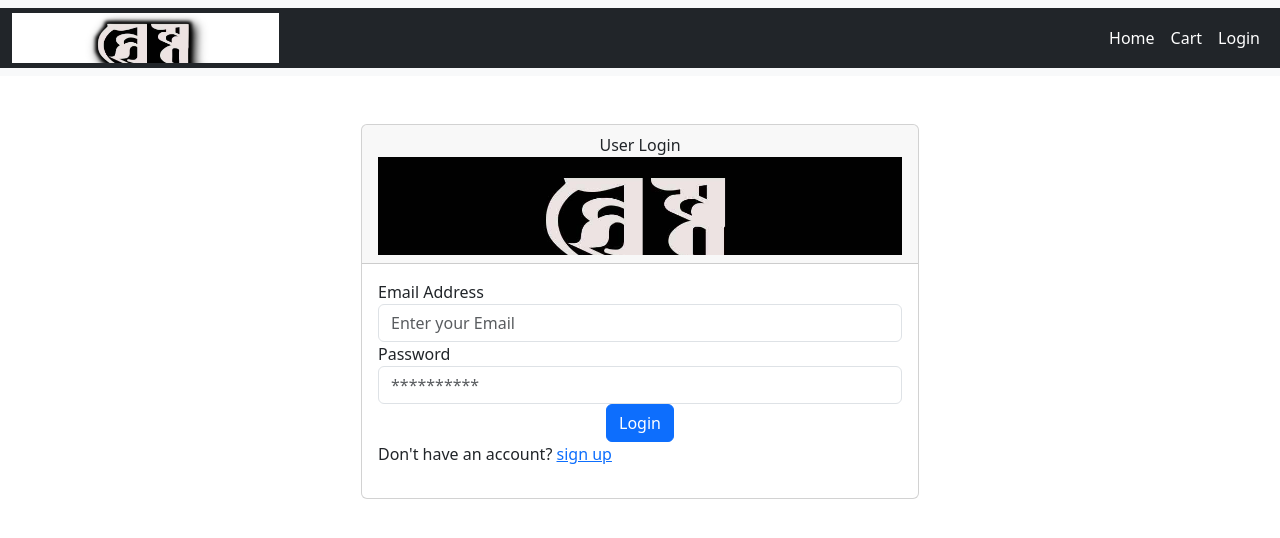
Repository: sagarhomie/Shrestha-Instrument-
Page: http://localhost/Ecommerce/login.jsp
An editor plug-in stored every save of this project. The page is shown before and after the next save, followed by the edit.
The browser window is 1280 px wide. The pictures show the whole page.
The page is served by Tomcat 9. Other server files are loaded and not shown.

Above is the page before, as saved 2024-05-26 15:49:05.

### Ecommerce/WebContent/login.jsp
<%@ page language="java" contentType="text/html; charset=ISO-8859-1"
	pageEncoding="ISO-8859-1"%>
	<%@page import="cn.sagar.*" %>
	<%@page import="java.util.*" %>
	<%@page import="cn.sagar.dao.*" %>
	<%@page import="cn.sagar.connection.dbCon" %>
	<%
User auth=(User) request.getSession().getAttribute("auth");
if(auth!=null){
	request.setAttribute("auth", auth);
	response.sendRedirect("index.jsp");
}
ArrayList<cart> cart_list = (ArrayList<cart>) request.getSession().getAttribute("cart-list");
List<cart> cartProduct = null;
if(cart_list != null){

	request.setAttribute("cart_list",cart_list);
}
%>
<!DOCTYPE html>
<html>
<head>

<title>login</title>
<%@include file="includes/header.jsp"%>
<style>
.img-fluid{
aspect-ratio:16/3;
	object-fit:cover;
	height:5%;
}
</style>
</head>
<body>
<%@include file="includes/navbar.jsp" %>
	<div class="container">
		<div class="card w-50 mx-auto my-5">
			<div class="card-header text-center">User Login<img src="product-images/homelogo.jpg" class="img-fluid" alt="..."></div>
			<div class="card-body">

				<form action="LoginServlet" method="post">
					<div class="form-group">
						<label>Email Address</label> <input type="email"
							class="form-control" name="Login-email"
							placeholder="Enter your Email" required>
					</div>
					<div class="form-group">
						<label>Password</label> <input type="password"
							class="form-control" name="Login-password"
							placeholder="**********" required>
					</div>
					<div class="text-center">
						<button type="submit" class="btn btn-primary">Login</button>
					</div>
				</form>
				<p>Don't have an account? <a href="signup.jsp">sign up</a>
			</div>

		</div>

	</div>
<script>

</script>

</body>
</html>

### Ecommerce/WebContent/includes/header.jsp
<meta charset="ISO-8859-1">
<link href="https://cdn.jsdelivr.net/npm/bootstrap@5.3.3/dist/css/bootstrap.min.css" rel="stylesheet" integrity="sha384-QWTKZyjpPEjISv5WaRU9OFeRpok6YctnYmDr5pNlyT2bRjXh0JMhjY6hW+ALEwIH" crossorigin="anonymous">
<link rel="stylesheet" href="https://cdnjs.cloudflare.com/ajax/libs/font-awesome/6.5.1/css/all.min.css"  />

### Ecommerce/WebContent/includes/navbar.jsp
<%@page import="cn.sagar.User" %>
<%@page import="cn.sagar.dao.UserDao" %>
<%@ page import="cn.sagar.servlet.*" %>
<style>
img{

}
</style>

<nav class="navbar navbar-expand-lg navbar-collapse-sm bg-body-tertiary">
  <div class="container-fluid container-dark text-bg-dark text-white ">
    <a class="navbar-brand text-white" href="index.jsp "><img src="product-images/homelogo(1).jpg" alt="Logo" class="img-fluid" style="max-height: 50px;"></a>
    <button class="navbar-toggler" type="button" data-bs-toggle="collapse" data-bs-target="dark" aria-controls="navbarText" aria-expanded="false" aria-label="Toggle navigation">
      <span class="navbar-toggler-icon"></span>
    </button>
    <div class="navbar navbar-expand-md  text-white"  id="navbarText">
      <ul class="navbar-nav me-auto mb-2 mb-lg-0 display-flex justify-content-end text-white">
        <li class="nav-item">
          <a class="nav-link active text-white" aria-current="page" href="index.jsp">Home</a>
        </li>
        <li class="nav-item text-white">
          <a class="nav-link text-white " href="cart.jsp">Cart<span class="badge badge-danger">${cart_list.size() }</span></a>
        </li>
        <%if(auth!=null){%>
        	<li class="nav-item ">
            <a class="nav-link text-white" href="orders.jsp">Orders</a>
          </li>
          <li class="nav-item nav-text-white">
            <a class="nav-link text-white" href="LogoutServlet">Logout</a>
          </li>
                  	<form class="d-flex" role="search"  action="SearchServlet" method="post">
        <input class="form-control me-2" type="search" placeholder="Search" name="search" aria-label="Search">
        <button class="btn btn-outline-success" type="submit" name="search">Search</button>
      </form>


        	<% }
        	else{%>
        		 <li class="nav-item text-white">
                 <a class="nav-link text-white" href="login.jsp">Login</a>
               </li>
        	<%}%>


      </ul>
      <span class="navbar-text">

      </span>
    </div>
  </div>
</nav>

After the next save:
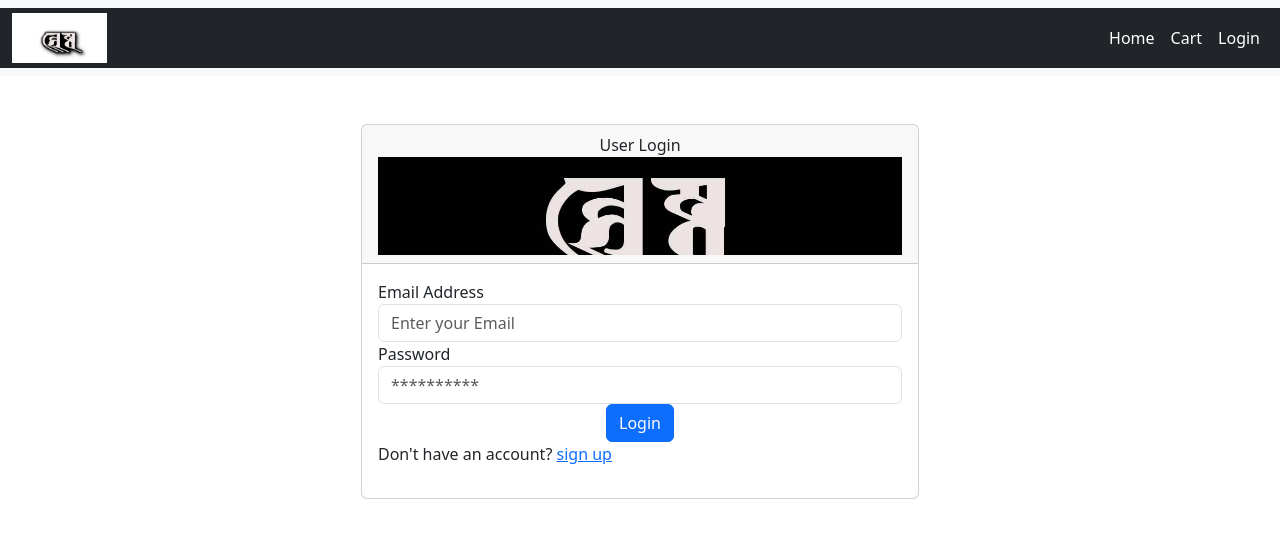
Saved 52 s later.
--- a/Ecommerce/WebContent/login.jsp
+++ b/Ecommerce/WebContent/login.jsp
@@ -24,7 +24,7 @@
 <title>login</title>
 <%@include file="includes/header.jsp"%>
 <style>
-.img-fluid{
+ .container .img-fluid{
 aspect-ratio:16/3;
 	object-fit:cover;
 	height:5%;
